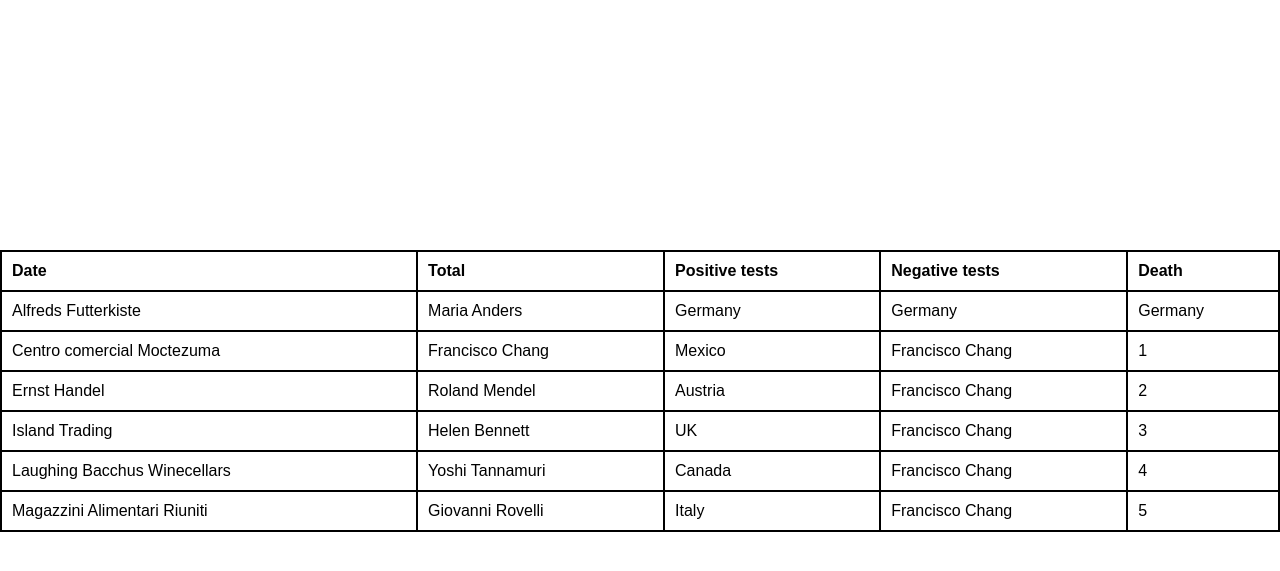
Repository: Seryozha02/ApiRequests
Page: index.html
An editor plug-in stored every save of this project. The page is shown before and after the next save, followed by the edit.
The browser window is 1280 px wide. The pictures show the whole page.

Above is the page before, as saved 2022-09-22 21:47:54.

After the next save:
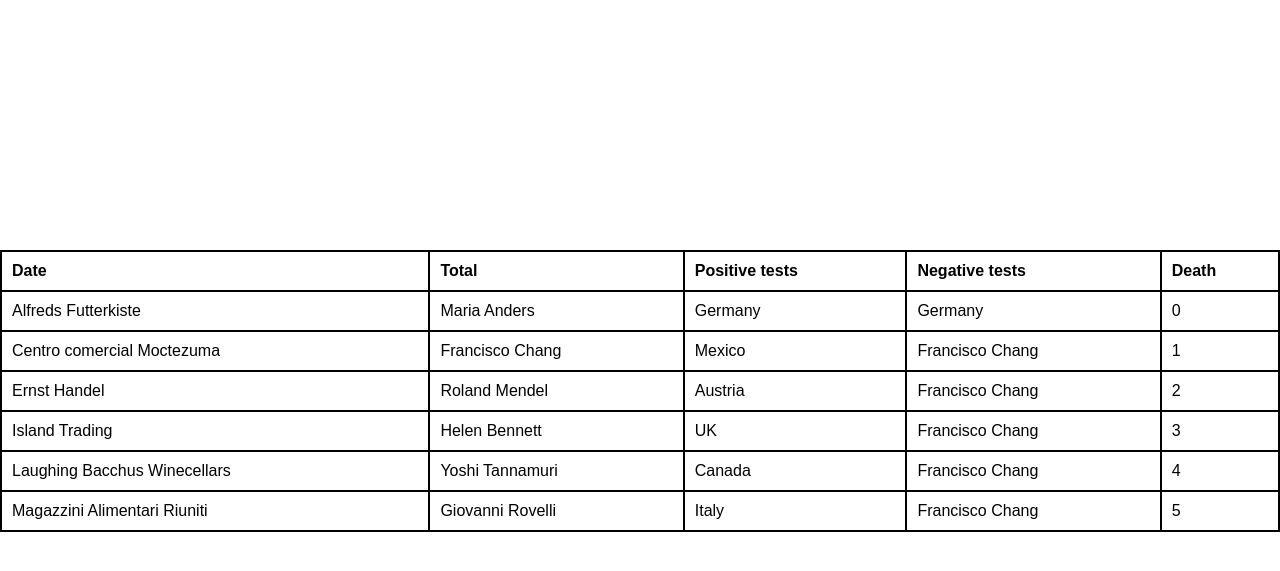
Saved 8 s later.
--- a/index.html
+++ b/index.html
@@ -19,7 +19,7 @@
         <td id="total">Maria Anders</td>
         <td id="positive">Germany</td>
         <td id="negative">Germany</td>
-        <td id="death">Germany</td>
+        <td id="death">0</td>
       </tr>
       <tr>
         <td id="date">Centro comercial Moctezuma</td>
